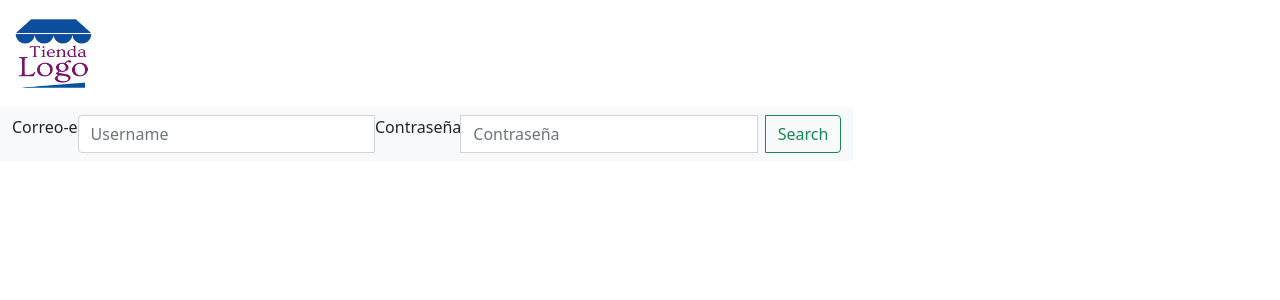
Repository: nicorp00/bootstrapSass
Page: Main/index.html
The author's editor kept a copy of each file at every save. The page is drawn from the files as they stood at one save, then again after the next save.
The browser window is 1280 px wide. The pictures show the whole page.
The style sheet was rebuilt from its Sass, Less or Tailwind sources for each picture, by a compiler version that may differ from the author's.

Above is the page before, as saved 2022-03-25 10:58:45.

After the next save:
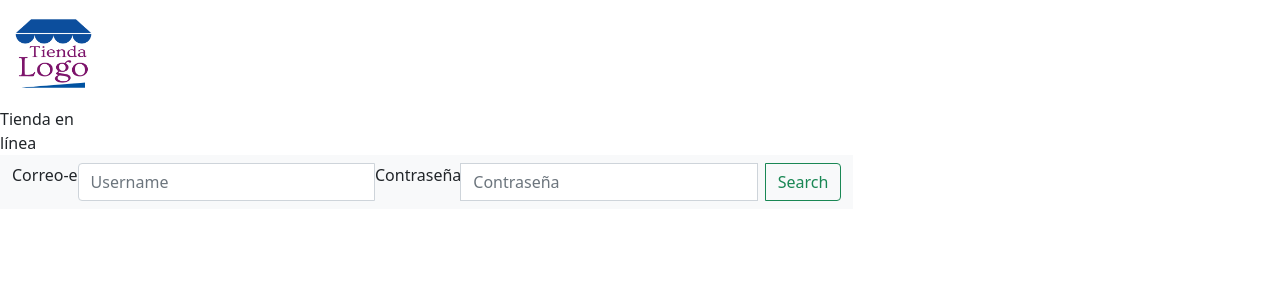
Saved 5 s later.
--- a/Main/index.html
+++ b/Main/index.html
@@ -12,7 +12,7 @@
     <section class="section__top">
         <div class="col-1">
             <img src="img/logo.png" class="img-fluid" alt="...">
-            <span></span>
+            <span>Tienda en línea</span>
         </div>
         <div>
             <nav class="navbar navbar-light bg-light col-8">
